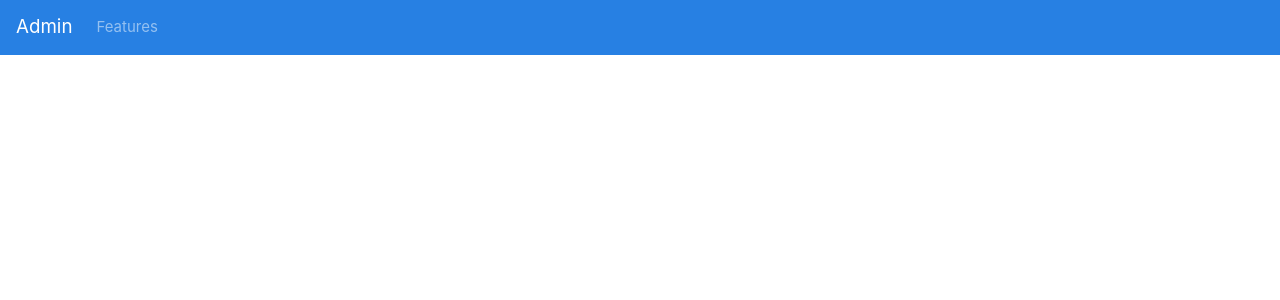
Repository: harrycampaz/library-react
Page: /
An editor plug-in stored every save of this project. The page is shown before and after the next save, followed by the edit.
The browser window is 1280 px wide. The pictures show the whole page.
Some web libraries are served in a nearby version. The project was rebuilt for these pictures with package versions that can differ from the ones it lists, and the page was loaded fresh each time. Also part of the build but not shown: src/components/suscriptores/Suscriptores.js, src/components/suscriptores/AddSuscriptores.js, src/components/suscriptores/EditSuscriptores.js, src/components/suscriptores/Suscriptor.js.

Above is the page before, as saved 2020-02-02 23:30:41.

After the next save:
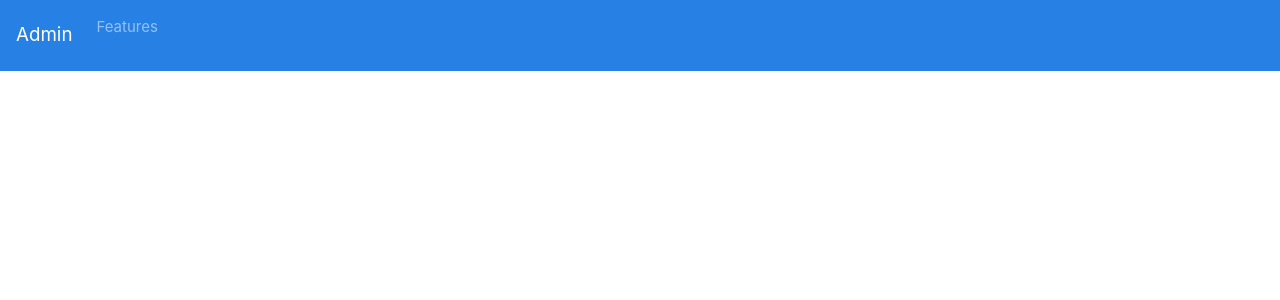
Saved 91 s later.
--- a/src/layout/ui/Navbar.js
+++ b/src/layout/ui/Navbar.js
@@ -1,4 +1,6 @@
 import React from 'react';
+
+import { Link } from "react-router-dom";
 
 function Navbar(props) {
     return (
@@ -13,6 +15,7 @@
 
             <li className="nav-item">
               <a className="nav-link" href="#">Features</a>
+              <Link to ={"/suscriptores"}  className="nav-link"></Link>
             </li>
 
 

After the save that followed:
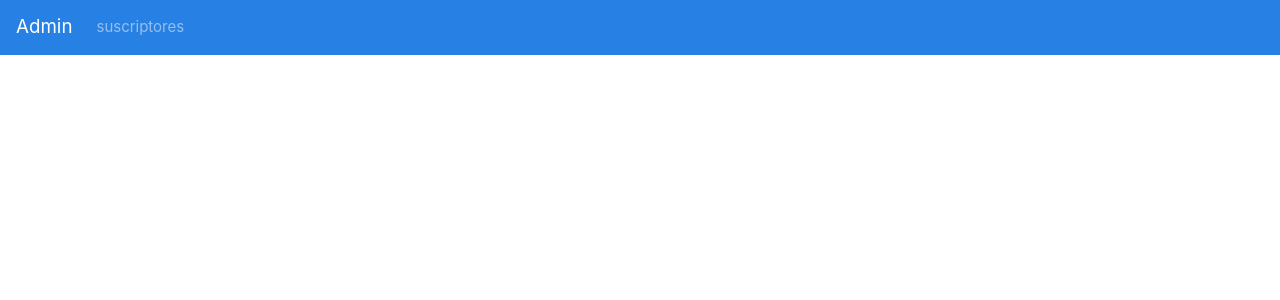
Saved 18 s later.
--- a/src/layout/ui/Navbar.js
+++ b/src/layout/ui/Navbar.js
@@ -14,8 +14,8 @@
           <ul className="navbar-nav mr-auto">
 
             <li className="nav-item">
-              <a className="nav-link" href="#">Features</a>
-              <Link to ={"/suscriptores"}  className="nav-link"></Link>
+
+              <Link to ={"/suscriptores"}  className="nav-link">suscriptores</Link>
             </li>
 
 
